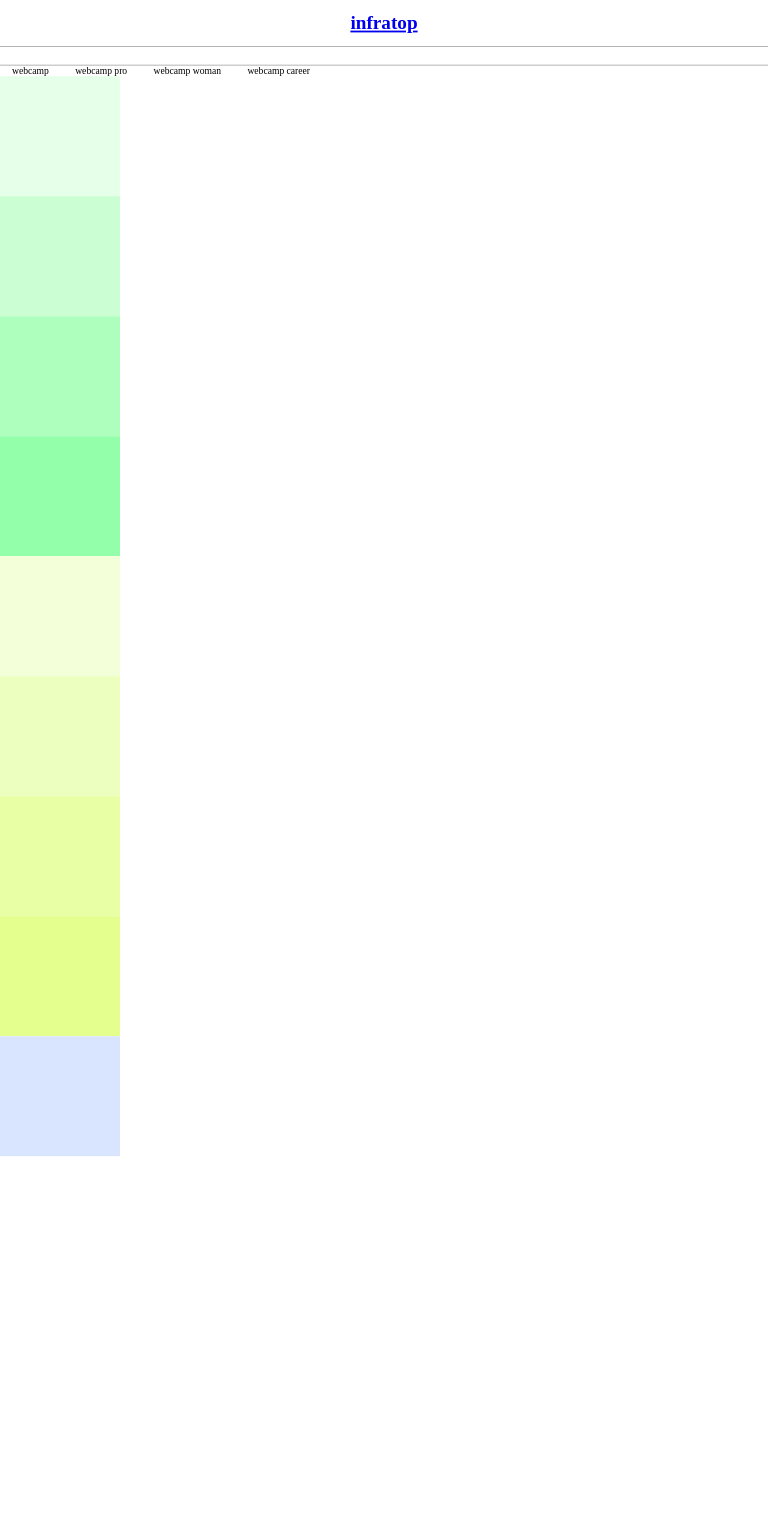
Repository: NANAKUNITA/chapter10
Page: chapter5/chapter5.html
The author's editor kept a record of every edit. The page is drawn from the files as they stood at one moment, then again after the next edit.
The browser window is 1280 px wide. The pictures show the whole page, at 60% of full size.

Above is the page before.

After the next edit:
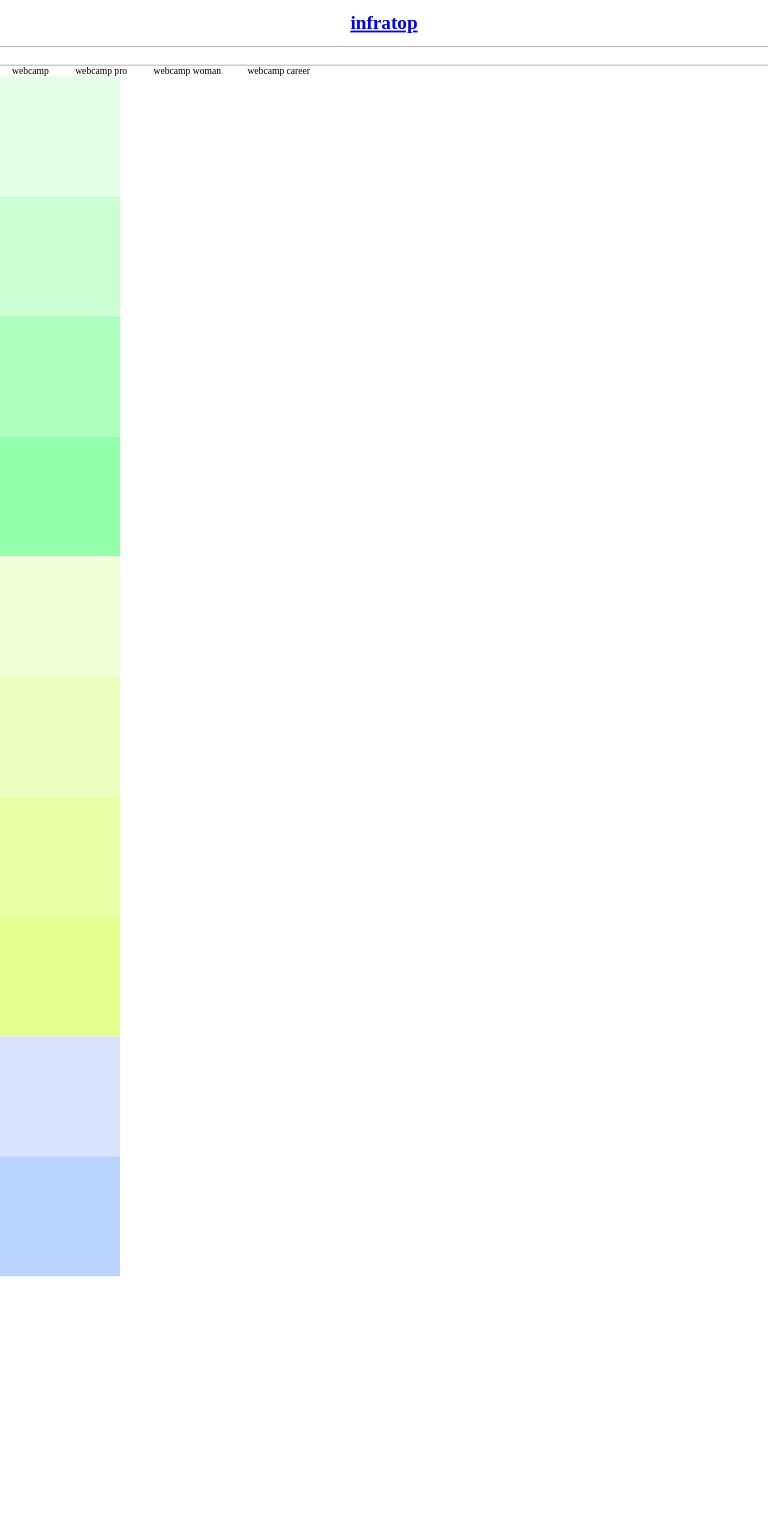
The edit:
--- a/chapter5/chapter5.css
+++ b/chapter5/chapter5.css
@@ -88,7 +88,7 @@
 .box10{
   width: 200px;
   height: 200px;
-  background-color: ;
+  background-color: #bad3ff;
 }
 
 .box11{
